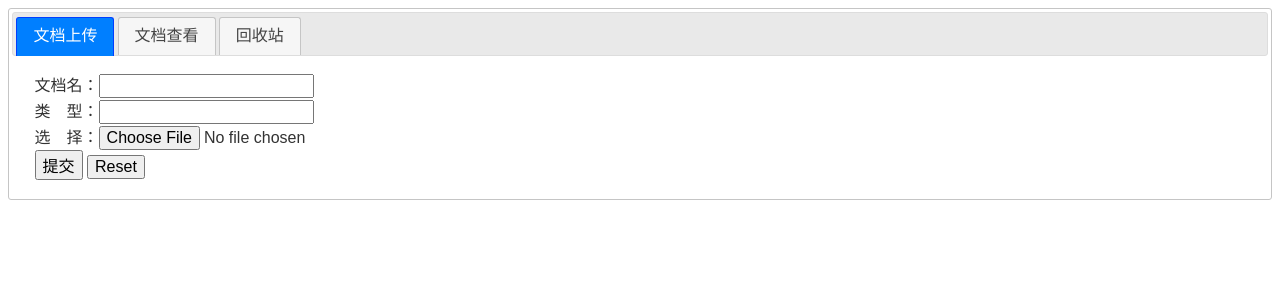
Repository: krzyty/OA_USST
Page: http://localhost/USSTOA/filemanage.jsp
An editor plug-in stored every save of this project. The page is shown before and after the next save, followed by the edit.
The browser window is 1280 px wide. The pictures show the whole page.
Some web libraries are served in a nearby version. The page is served by Tomcat 9. Nobody is signed in. The application's start-up code is not run.

Above is the page before, as saved 2017-06-29 03:23:18.

After the next save:
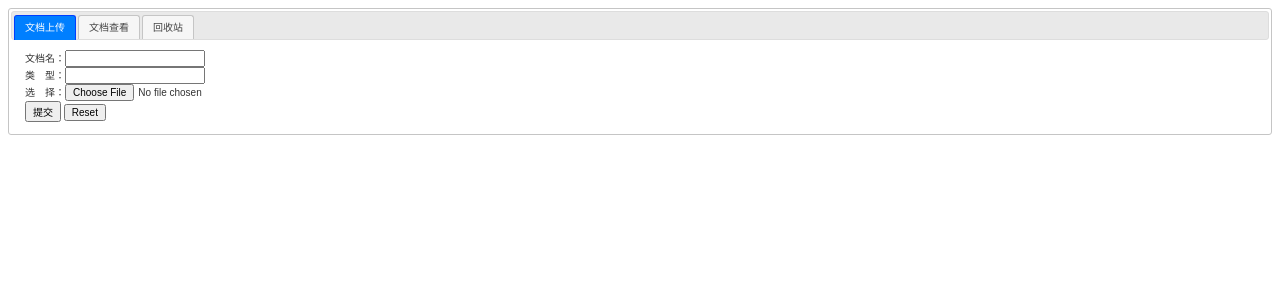
Saved 38 s later.
--- a/USSTOA/WebContent/filemanage.jsp
+++ b/USSTOA/WebContent/filemanage.jsp
@@ -9,6 +9,7 @@
 	href="//apps.bdimg.com/libs/jqueryui/1.10.4/css/jquery-ui.min.css">
 <script src="//apps.bdimg.com/libs/jquery/1.10.2/jquery.min.js"></script>
 <script src="//apps.bdimg.com/libs/jqueryui/1.10.4/jquery-ui.min.js"></script>
+<link rel="stylesheet" href="/css/style.css">
 <script>
 	$(function() {
 		$("#tabs").tabs();
